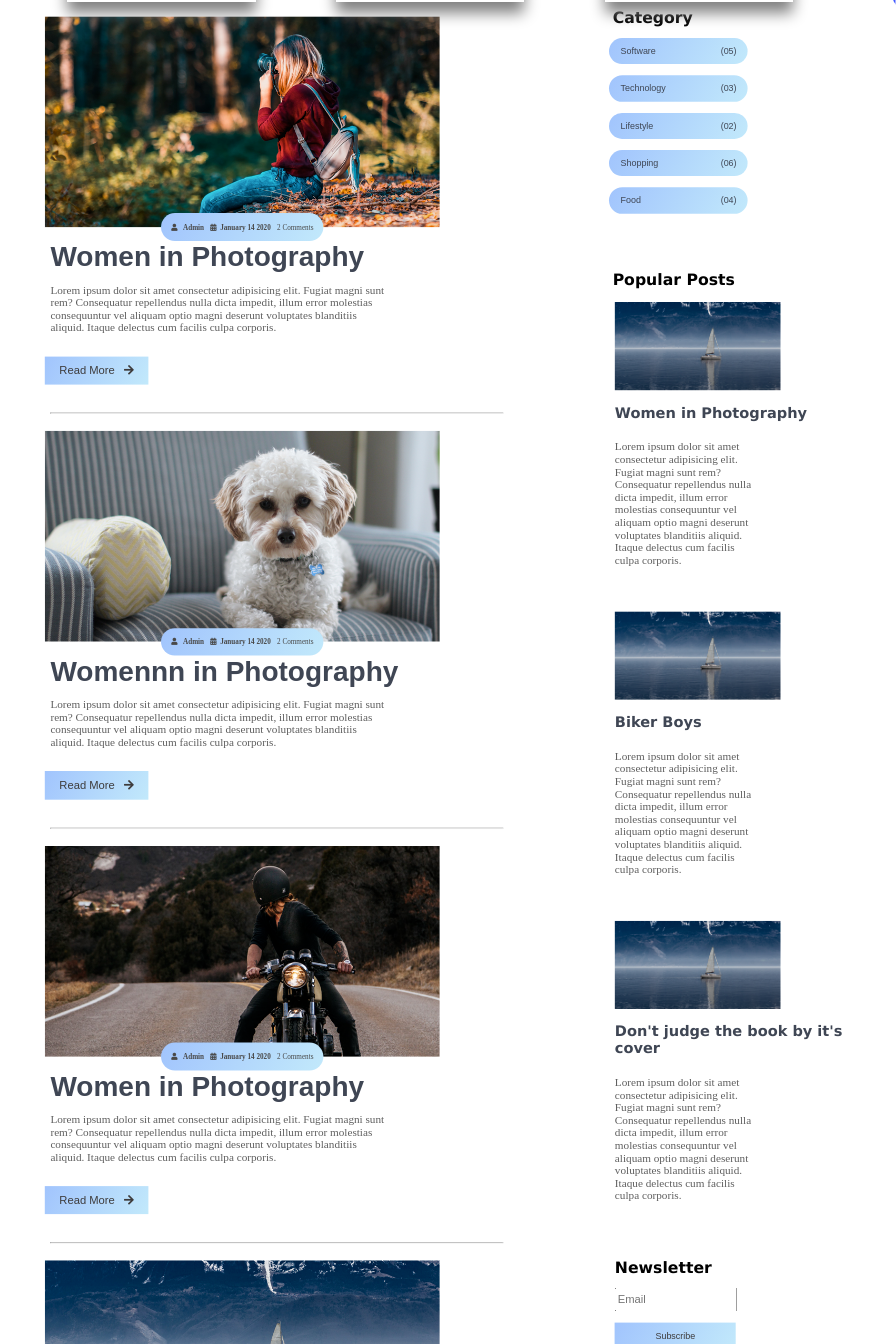
Repository: premjawaharp/Blogsite
Page: index.html
An editor plug-in stored every save of this project. The page is shown before and after a run of saves, followed by the edit.
The browser window is 1280 px wide. The pictures show the part of the page from y = 1289 to 3209 px (the page is 4203 px tall), at 70% of full size.

Above is the page before, as saved 2020-09-19 10:18:29.

After the next 4 saves:
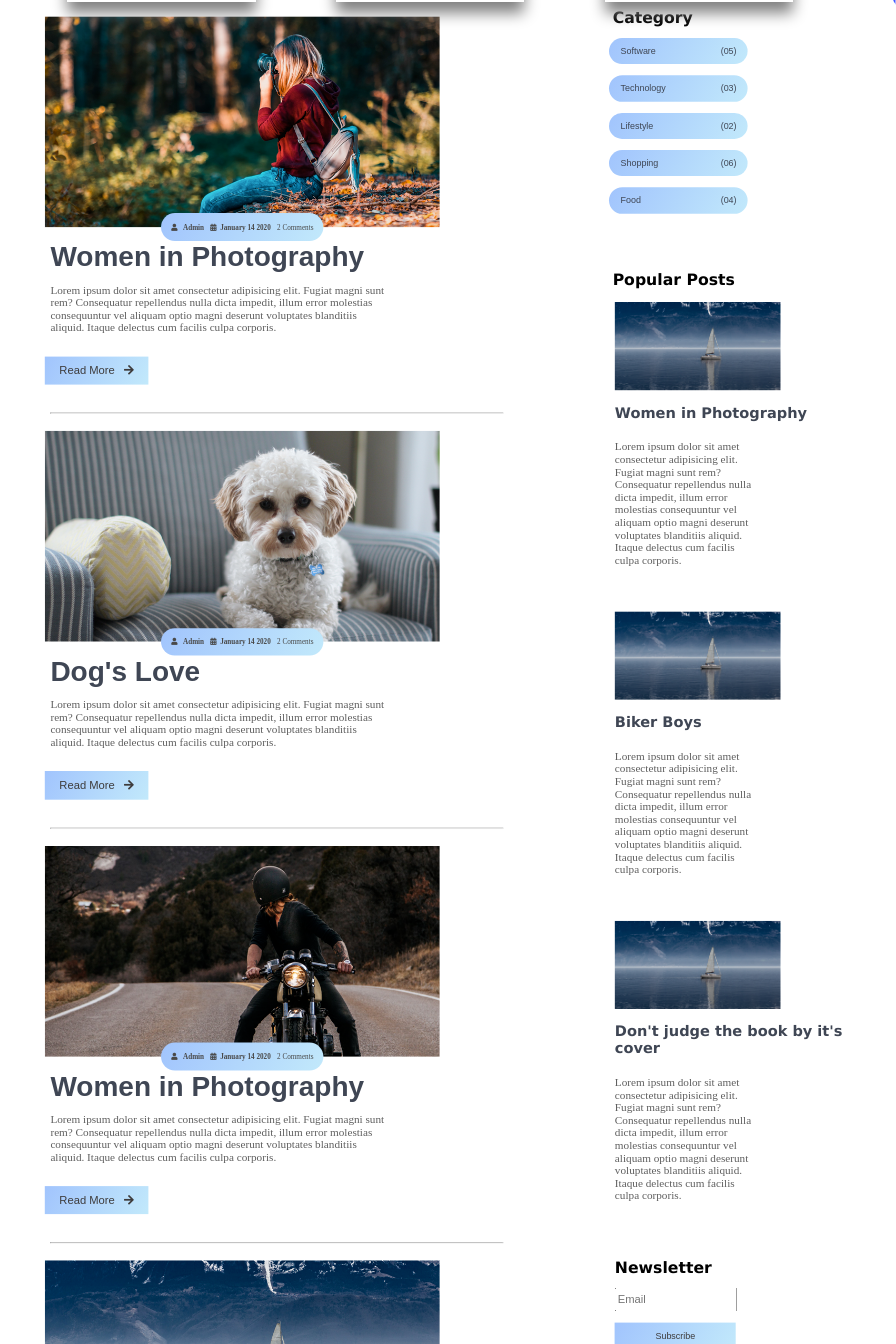
The 4 saves are shown as one change because they came seconds apart.
The last was saved 53 s later.
--- a/index.html
+++ b/index.html
@@ -150,7 +150,7 @@
                             </div>
                         </div>
                         <div class="post-title">
-                            <a href="/blog2.html"><h1>Womennn in Photography</h1></a>
+                            <a href="/blog2.html"><h1>Dog's Love</h1></a>
                             <p>Lorem ipsum dolor sit amet consectetur adipisicing elit.
                                 Fugiat magni sunt rem? Consequatur repellendus nulla dicta impedit, illum error molestias consequuntur vel aliquam optio magni deserunt voluptates blanditiis aliquid. Itaque delectus cum facilis culpa corporis.</p>
                         </div>
